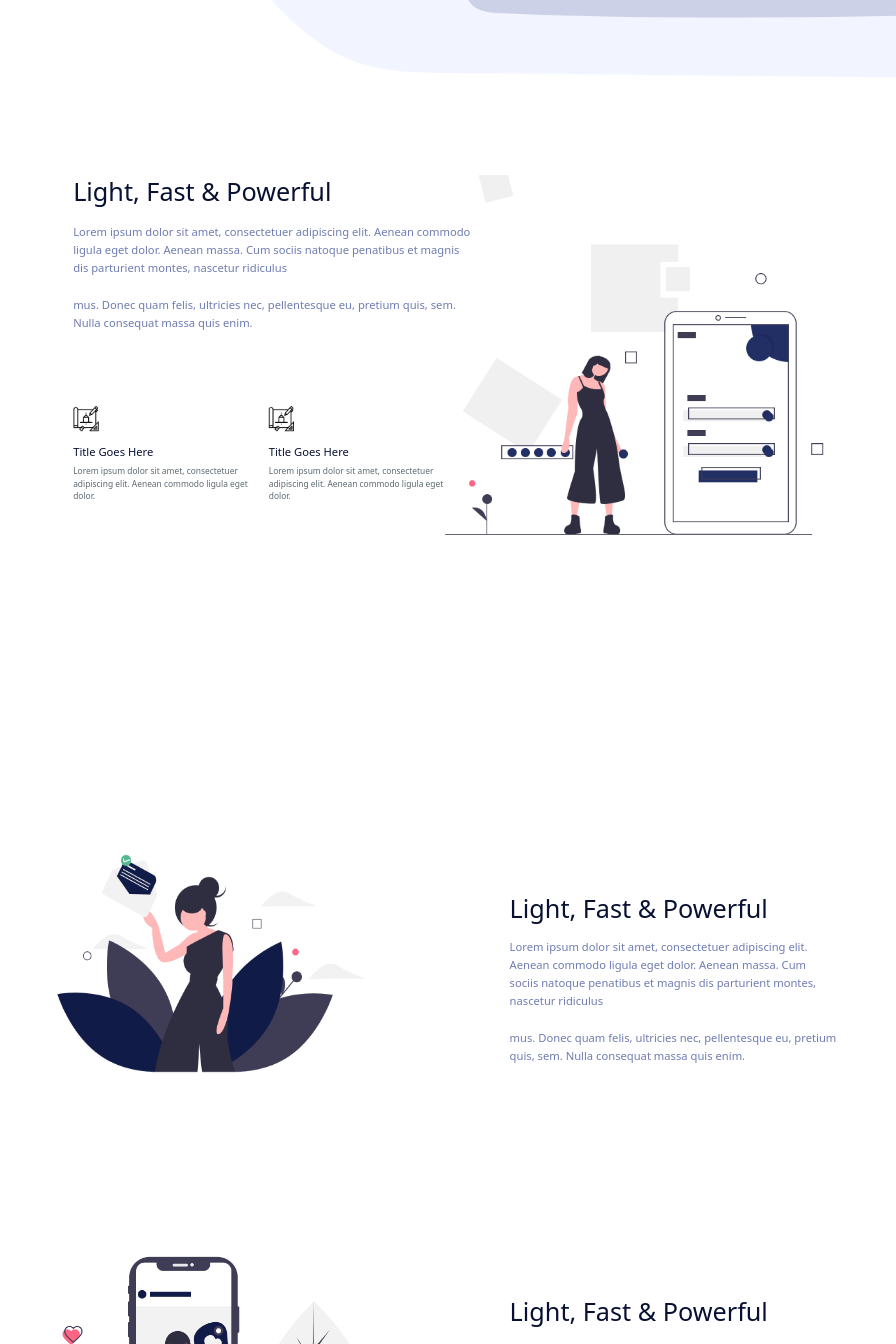
Repository: batonAnton/HW-Lec12-sass-pug
Page: index.html
An editor plug-in stored every save of this project. The page is shown before and after the next save, followed by the edit.
The browser window is 1280 px wide. The pictures show the part of the page from y = 990 to 2910 px (the page is 3850 px tall before and 3650 px after), at 70% of full size.
The style sheet was rebuilt from its Sass, Less or Tailwind sources for each picture, by a compiler version that may differ from the author's.

Above is the page before, as saved 2022-07-29 17:34:12.

After the next save:
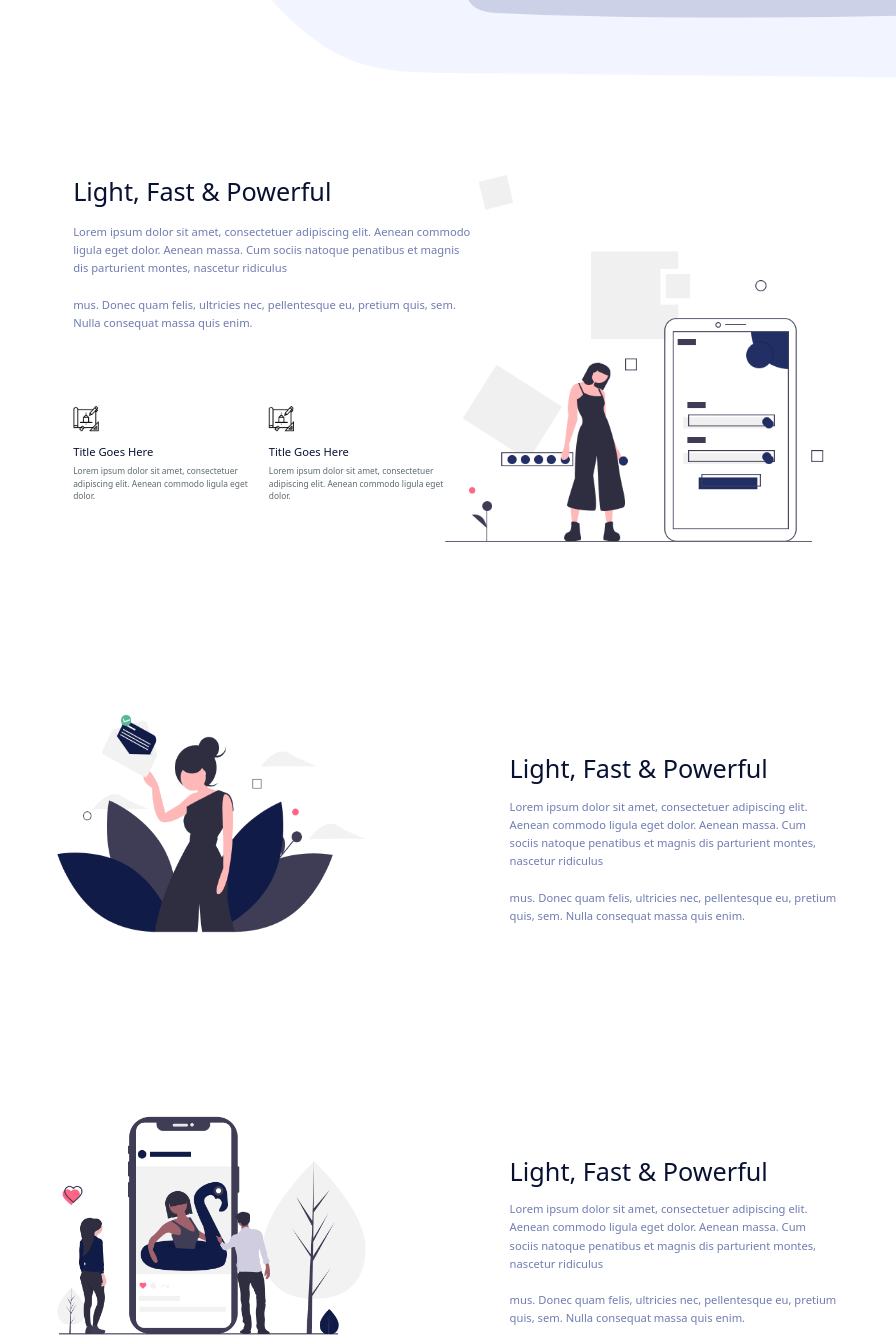
Saved 4 min 30 s later.
--- a/css/style.scss
+++ b/css/style.scss
@@ -119,7 +119,7 @@ header {
 
 section{
     margin-top: 80px ;
-    height: 740px;
+    height: 540px;
     margin-left: 45px;
     margin-bottom: 230px;
     background-image: url(../image/section1/section-bg.png);
